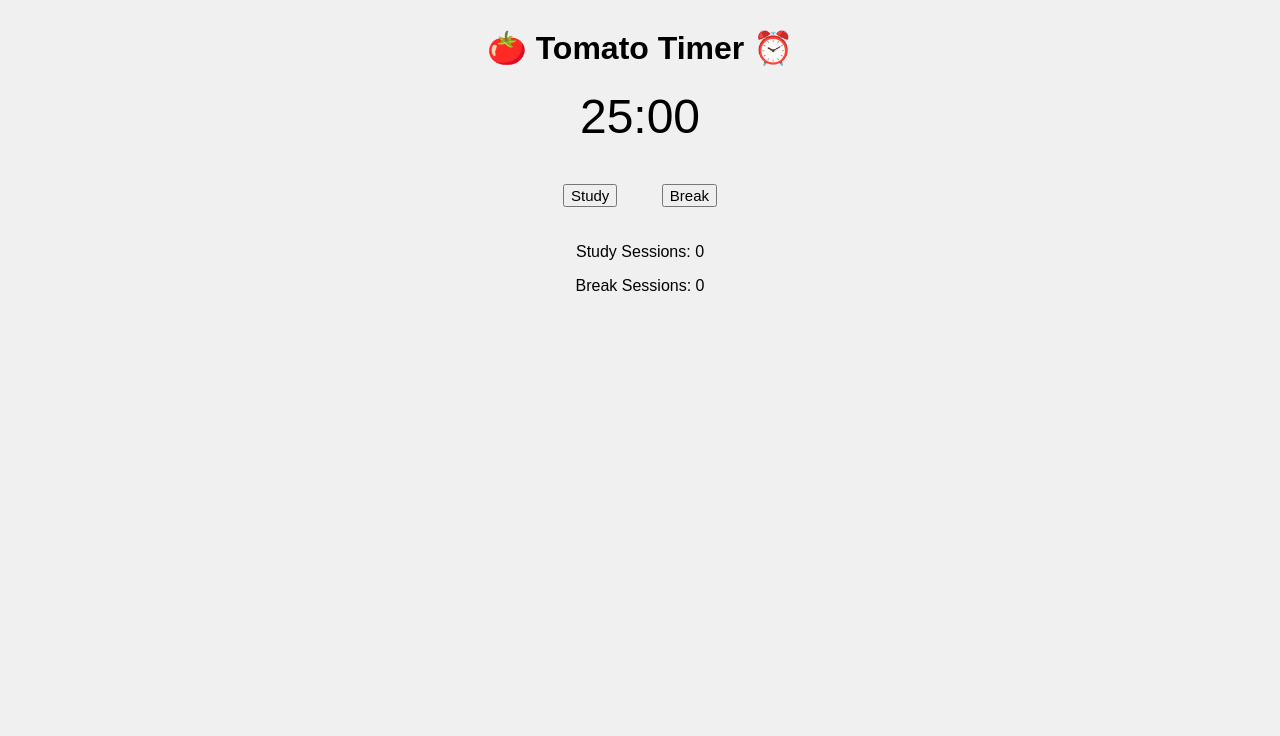
Repository: valentinaarojas/tomato-timer
Page: index.html
The author's editor kept a copy of each file at every save. The page is drawn from the files as they stood at one save, then again after a run of saves.
The browser window is 1280 px wide. The pictures show the whole page.

Above is the page before, as saved 2025-02-06 20:08:41.

### index.html
<!DOCTYPE html>
<html lang="en">
<head>
    <title>Tomato Timer</title>
    <link rel="stylesheet" href="styles.css">
</head>
<body>
    <div id="container">
        <h1>🍅 Tomato Timer ⏰</h1>
        <div id="timer-display">
            <span id="time-left">25:00</span>
        </div>
        <div id="buttons">
            <button id="study-btn">Study</button>
            <button id="break-btn">Break</button>
        </div>
        <div id="session-count">
            <p>Study Sessions: <span id="study-count">0</span></p>
            <p>Break Sessions: <span id="break-count">0</span></p>
        </div>
    </div>
</body>
</html>

### styles.css
body {
    font-family: Arial, sans-serif;
    background-color: #f0f0f0;
    display: flex;
    justify-content: center;
    text-align: center;
    height: 100vh;
}

.container {
    text-align: center;
}

#timer-display {
    margin: 20px 0;
    font-size: 48px;
}

#buttons button {
    font-size: 15px;
    margin: 20px;
    padding: ;
}

After the next 2 saves:
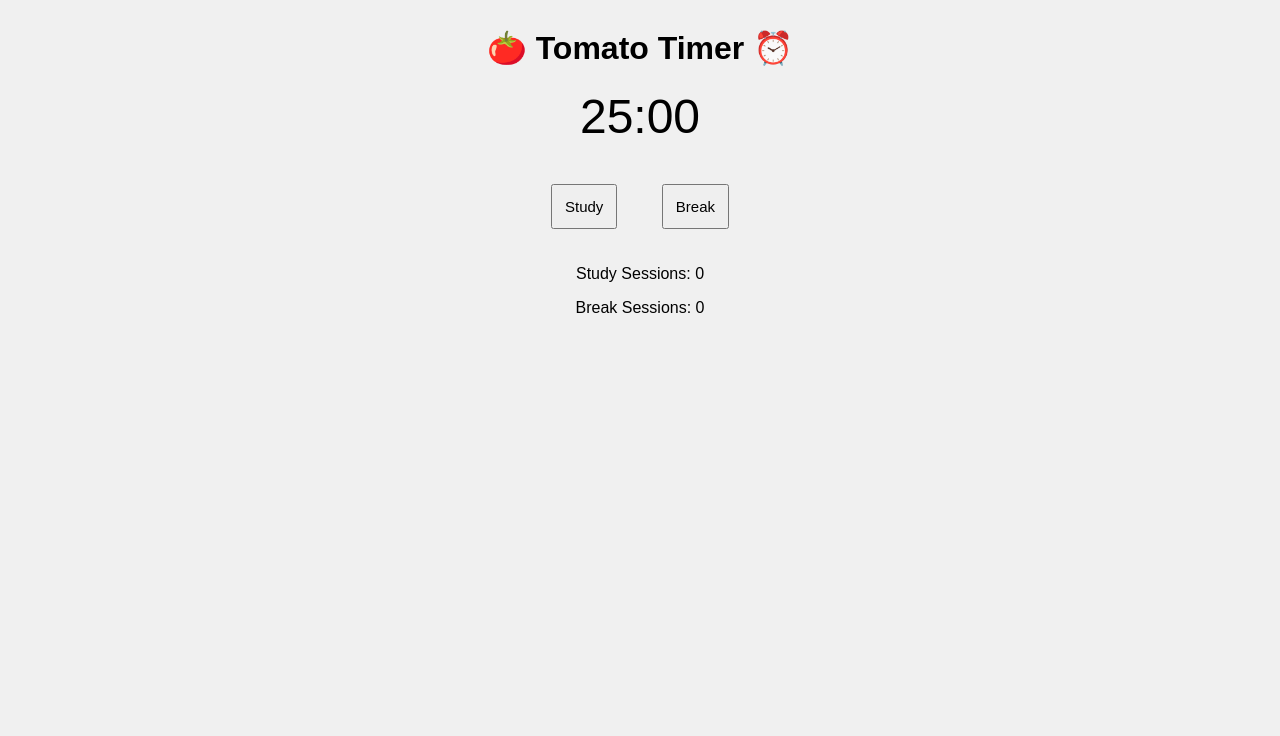
The 2 saves are shown as one change because they came seconds apart.
The last was saved 7 s later.
--- a/styles.css
+++ b/styles.css
@@ -19,5 +19,5 @@ body {
 #buttons button {
     font-size: 15px;
     margin: 20px;
-    padding: ;
+    padding: 12px;
 }
